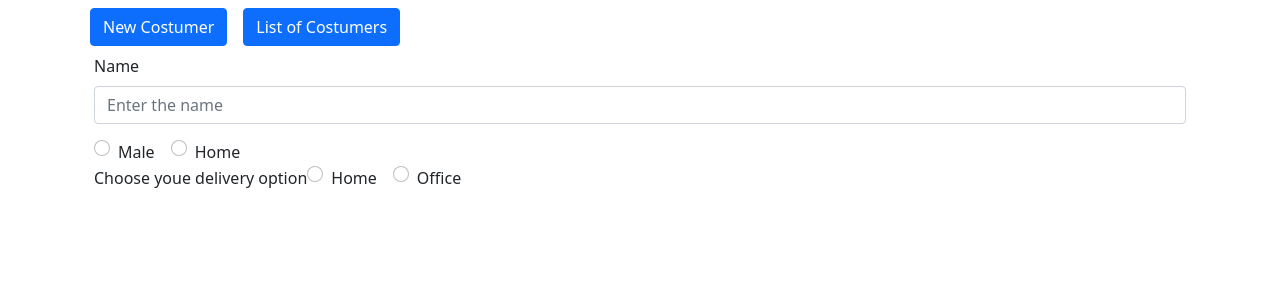
Repository: Sanjayjangra88/combo_app
Page: /, after clicking the first element matching `button.btn`
An editor plug-in stored every save of this project. The page is shown before and after the next save, followed by the edit.
The browser window is 1280 px wide. The pictures show the whole page.
Some web libraries are served in a nearby version. The project was rebuilt for these pictures with package versions that can differ from the ones it lists, and the page was loaded fresh each time. Also part of the build but not shown: src/App.js.

Above is the page before, as saved 2022-06-04 12:58:18.

### public/index.html
<!DOCTYPE html>
<html lang="en">
  <head>
    <meta charset "UTF-8" />
    <link rel="icon" href="%PUBLIC_URL%/favicon.ico" />
    <meta name="viewport" content="width=device-width, initial-scale=1" />
    <meta name="theme-color" content="#000000" />
    <meta
      name="description"
      content="Web site created using create-react-app"
    />
    <link rel="apple-touch-icon" href="%PUBLIC_URL%/logo192.png" />
    <!--
      manifest.json provides metadata used when your web app is installed on a
      user's mobile device or desktop. See https://developers.google.com/web/fundamentals/web-app-manifest/
    -->
    <link rel="manifest" href="%PUBLIC_URL%/manifest.json" />
    <link href="https://cdn.jsdelivr.net/npm/bootstrap@5.0.2/dist/css/bootstrap.min.css" rel="stylesheet" integrity="sha384-EVSTQN3/azprG1Anm3QDgpJLIm9Nao0Yz1ztcQTwFspd3yD65VohhpuuCOmLASjC" crossorigin="anonymous">
    <!--
      Notice the use of %PUBLIC_URL% in the tags above.
      It will be replaced with the URL of the `public` folder during the build.
      Only files inside the `public` folder can be referenced from the HTML.

      Unlike "/favicon.ico" or "favicon.ico", "%PUBLIC_URL%/favicon.ico" will
      work correctly both with client-side routing and a non-root public URL.
      Learn how to configure a non-root public URL by running `npm run build`.
    -->
    <!-- Bootstrap CSS -->
    <link rel="stylesheet" href="https://cdn.jsdelivr.net/npm/bootstrap@4.0.0/dist/css/bootstrap.min.css" integrity="sha384-Gn5384xqQ1aoWXA+058RXPxPg6fy4IWvTNh0E263XmFcJlSAwiGgFAW/dAiS6JXm" crossorigin="anonymous">

    <title>React App</title>
  </head>
  <body>
    <noscript>You need to enable JavaScript to run this app.</noscript>
    <div id="root"></div>
    <script src="https://kit.fontawesome.com/9e06ebf41f.js" crossorigin="anonymous"></script>
    <!--
      This HTML file is a template.
      If you open it directly in the browser, you will see an empty page.

      You can add webfonts, meta tags, or analytics to this file.
      The build step will place the bundled scripts into the <body> tag.

      To begin the development, run `npm start` or `yarn start`.
      To create a production bundle, use `npm run build` or `yarn build`.
    -->
    <script src="https://code.jquery.com/jquery-3.2.1.slim.min.js" integrity="sha384-KJ3o2DKtIkvYIK3UENzmM7KCkRr/rE9/Qpg6aAZGJwFDMVNA/GpGFF93hXpG5KkN" crossorigin="anonymous"></script>
    <script src="https://cdn.jsdelivr.net/npm/popper.js@1.12.9/dist/umd/popper.min.js" integrity="sha384-ApNbgh9B+Y1QKtv3Rn7W3mgPxhU9K/ScQsAP7hUibX39j7fakFPskvXusvfa0b4Q" crossorigin="anonymous"></script>
    <script src="https://cdn.jsdelivr.net/npm/bootstrap@4.0.0/dist/js/bootstrap.min.js" integrity="sha384-JZR6Spejh4U02d8jOt6vLEHfe/JQGiRRSQQxSfFWpi1MquVdAyjUar5+76PVCmYl" crossorigin="anonymous"></script>
  </body>
</html>

### src/index.js
import React from 'react';
import ReactDOM from 'react-dom';
import './index.css';
import App from './App';
import reportWebVitals from './reportWebVitals';
import 'bootstrap/dist/css/bootstrap.min.css';

import DropDown6 from './Components/dropDown6';

ReactDOM.render(
  <React.StrictMode>
    <DropDown6/>
  </React.StrictMode>,
  document.getElementById('root')
);

// If you want to start measuring performance in your app, pass a function
// to log results (for example: reportWebVitals(console.log))
// or send to an analytics endpoint. Learn more: https://bit.ly/CRA-vitals
reportWebVitals();

### src/Components/dropDown6.jsx
import React, { Component } from 'react'
import DpForm from './dpForm'

export class dropDown extends Component {
  state={
    costumers:[],
    optionArry:{
      delivery:["Home","Office","Pickup"],

  },
      optionSell:{
          delivery:"",


      },
    view:0
  }
  add=()=>{
    console.log("hy")
    let s1={...this.state};
    s1.view=2;
    this.setState(s1);
  }
  show=()=>{
    let s1={...this.state};
    s1.view=1;
    this.setState(s1);

    console.log("hy")
  }
  render() {
    const{costumers,view,optionArry,optionSell}=this.state;
    return (
      <div className='container'>
        <button className='btn btn-primary m-2'onClick={this.add}>New Costumer</button>
        <button className='btn btn-primary m-2'onClick={this.show}>List of Costumers</button><br/>
        {view==1 ?(
        costumers.length<=0?"There are no Costumers":costumers.map((ele)=><ul><li>{ele}</li></ul>))
  :view==2?
  <DpForm costumers={{}}optionSell={optionSell}optionArry={optionArry}/>
  :""}
      </div>
    )
  }
}

export default dropDown

### src/App.css
*{
  margin: 0;
  padding: 0;
}
.slidebar{
  position: absolute;
  background-color: rgb(168, 165, 165);
  height: 100vh;
  width: 30vh;
  margin-right: 5px;
  transition: transform 0.3s ease-in;


}
.slidebar  li a{
  text-decoration: none;
  color:white;
}
.slidebar  li{
  list-style: none;
  font-size: 20px;
  padding: 13px 0;
  color:white;
}
.box{
  margin-left: 32vh;
}
div.d-flex.justify-content-between{
  margin-left: 30vh;
}

.th1{
  background-color: black;
  color: white;
  border: 1px solid black;
  text-align: center;
  padding-left: 15px;
  padding-right: 15px;
}
.col1 {
  border: 1px solid black;
  text-align: center;
  padding-left: 15px;
  padding-right: 15px;
}

### src/Components/dpForm.jsx
import React, { Component } from 'react'

export class dpForm extends Component {
    state={
        costumers:this.props.costumers,

    }
    handelChange=(e)=>{
        const {currentTarget:input}=e;
        let s1={...this.state};
        s1.costumers[input.name]=input.value;

        this.setState(s1);
    }
  render() {
      const{name,gender,del}=this.state.costumers;
      const{optionArry,optionSell}=this.props;
    return (
      <div className='container'>
           <div className="form-group">
                    <label>Name</label>
                    <input type="text"className="form-control"name="name"id="name"value={name} placeholder='Enter the name'onChange={this.handelChange} />
                </div>
                <div className="form-check form-check-inline">
                    <input
                    className="form-check-input"
                    type="radio"
                    name="gender"
                    value="Male"
                    checked={gender==="Male"}
                    onChange={this.handelChange}/>
                    <label className="form-check-label">Male</label>
                </div>
                <div className="form-check form-check-inline">
                    <input
                    className="form-check-input"
                    type="radio"
                    name="gender"
                    value="Female"
                    checked={gender==="Female"}
                    onChange={this.handelChange}/>
                    <label className="form-check-label">Home</label>
                </div><br/>
                <label className="form-check-label">Choose youe delivery option</label>
                <div className="form-check form-check-inline">
                    <input
                    className="form-check-input"
                    type="radio"
                    name="del"
                    value="Home"
                    checked={del==="Home"}
                    onChange={this.handelChange}/>
                    <label className="form-check-label">Home</label>
                </div>
                <div className="form-check form-check-inline">
                    <input
                    className="form-check-input"
                    type="radio"
                    name="del"
                    value="Office"
                    checked={del==="Office"}
                    onChange={this.handelChange}/>
                    <label className="form-check-label">Office</label>
                </div>

      </div>
    )
  }

}

export default dpForm

Loaded but not shown: src/index.css (common file); src/reportWebVitals.js (common file)

After the next save:
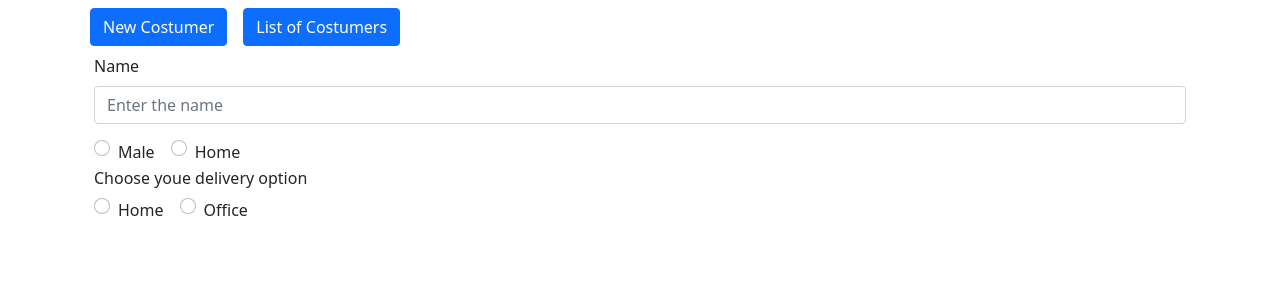
Saved 39 s later.
--- a/src/Components/dpForm.jsx
+++ b/src/Components/dpForm.jsx
@@ -41,7 +41,7 @@ export class dpForm extends Component {
                     onChange={this.handelChange}/>
                     <label className="form-check-label">Home</label>
                 </div><br/>
-                <label className="form-check-label">Choose youe delivery option</label>
+                <label className="'form-check-label font-weight-bold'">Choose youe delivery option</label><br/>
                 <div className="form-check form-check-inline">
                     <input
                     className="form-check-input"
